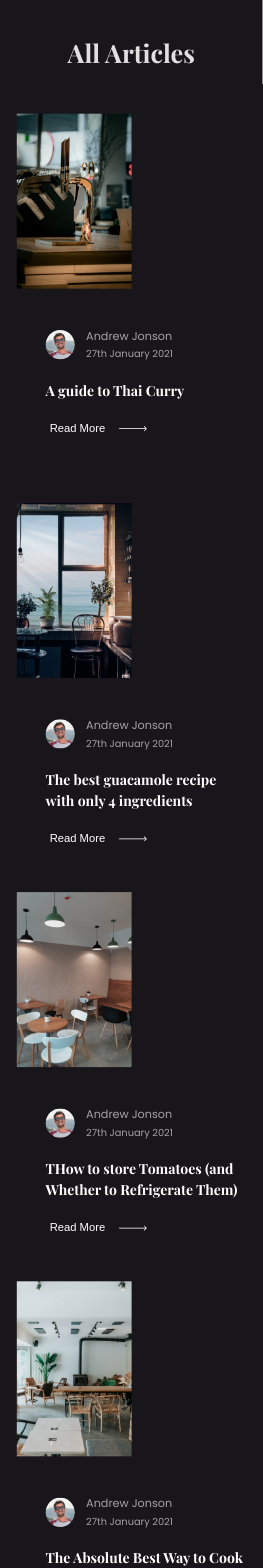
Repository: Minns-Cao/project-finsweet
Page: blog.html
The author's editor kept a copy of each file at every save. The page is drawn from the files as they stood at one save, then again after a run of saves.
The browser window is 375 px wide. The pictures show the part of the page from y = 2059 to 4299 px (the page is 5871 px tall), at 70% of full size.
Some web fonts or font styles are not loaded; a fallback is used.

Above is the page before, as saved 2023-05-05 10:43:13.

After the next 3 saves:
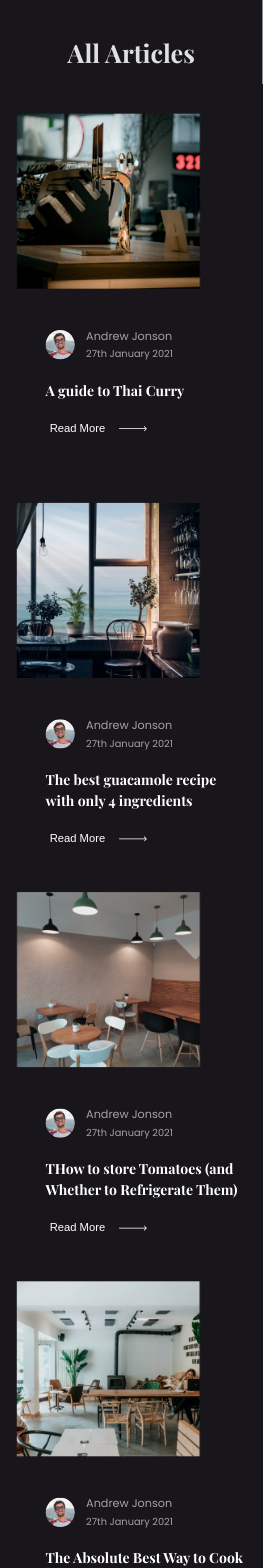
The 3 saves are shown as one change because they came seconds apart.
The last was saved 38 s later.
--- a/assets/css/style_blog.css
+++ b/assets/css/style_blog.css
@@ -312,4 +312,10 @@
         display: flex;
         flex-direction: column;
     }
-}
+
+    .articles .item .thumb {
+        width: 80%;
+        height: 250px;
+
+    }
+}
